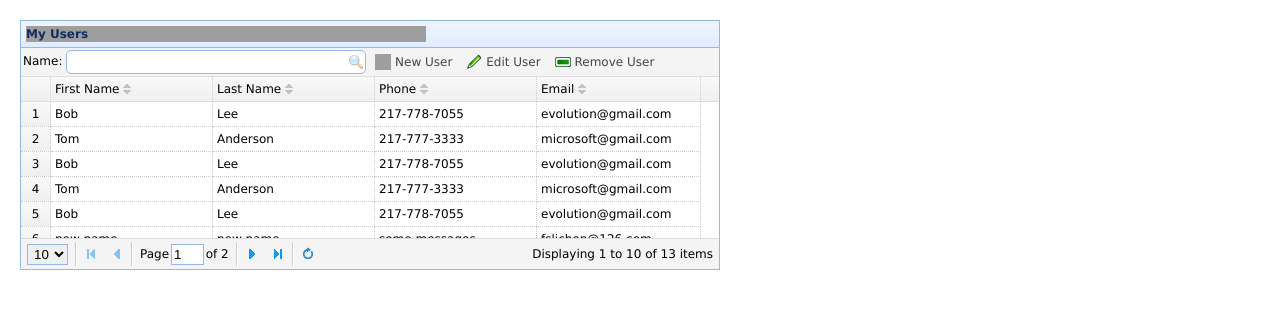
Repository: fslichen/EasyUI_Project_Management
Page: EasyUI_Project_Management/src/main/resources/static/evolution.html
These files come from the project's save history. The page is drawn as it stood at one moment and after the next save; the edit follows.
The browser window is 1280 px wide. The pictures show the whole page.
Pictures or frames that could not be fetched are drawn as grey boxes. The page's requests for data from a server got no answer.

Above is the page before, as saved 2017-06-25 14:28:26.

### EasyUI_Project_Management/src/main/resources/static/evolution.html
<!DOCTYPE html>
<html>
<head>
<meta charset="UTF-8">
<title>Basic CRUD Application - jQuery EasyUI CRUD Demo</title>
<link rel="stylesheet" type="text/css" href="themes/default/easyui.css">
<link rel="stylesheet" type="text/css" href="themes/icon.css">
<link rel="stylesheet" type="text/css" href="themes/color.css">
<link rel="stylesheet" type="text/css" href="demo/demo.css">
<script type="text/javascript" src="jquery.min.js"></script>
<script type="text/javascript" src="jquery.easyui.min.js"></script>
<script type="text/javascript">
function post(url, request) {
	$.ajax({
	    url: url,
	    type: 'POST',
	    data: JSON.stringify(request),
	    contentType: 'application/json; charset=utf-8',
	    dataType: 'json',
	    async: true,
	    success: function(response) {
	        alert(JSON.stringify(response));
	    }
	});
}

function getColumnIds(tableId) {
	var ths = $('#' + tableId + 'th');
	var columns = new Array();
	$('th').each(function(index) {
		columns.push($(this).attr('field'));
	});
	return columns;
}

function addRow(tableId, row) {
	$('#' + tableId).datagrid('appendRow', row);
}

$(document).ready(function() {
	var request = {name : 'Chen'};
	post('post', request);
	var columns = getColumnIds('dg');
	for (i in columns) {
		console.info(columns[i]);
	}
	for (var i = 0; i < 8; i++) {
		addRow('dg', {
			firstName: 'new name',
			lastName: 'new name',
			phone : 'some messages',
			email : 'fslichen@126.com'
		});
	}
});
</script>
</head>
<body>
	<div id="toolbar">
		Name: <input class="easyui-textbox" data-options="iconCls:'icon-search'" style="width:300px">
		<a href="javascript:void(0)" class="easyui-linkbutton" iconCls="icon-add" plain="true" onclick="newUser()">New User</a>
		<a href="javascript:void(0)" class="easyui-linkbutton" iconCls="icon-edit" plain="true" onclick="editUser()">Edit User</a>
		<a href="javascript:void(0)" class="easyui-linkbutton" iconCls="icon-remove" plain="true" onclick="destroyUser()">Remove User</a>
	</div>
	<table id="dg" title="My Users" class="easyui-datagrid" style="width:700px;height:250px"
			url="get"
			toolbar="#toolbar" pagination="true"
			rownumbers="true" fitColumns="true" singleSelect="true">
		<thead>
			<tr>
				<th field="firstName" width="50" sortable="true">First Name</th>
				<th field="lastName" width="50" sortable="true">Last Name</th>
				<th field="phone" width="50" sortable="true">Phone</th>
				<th field="email" width="50" sortable="true">Email</th>
			</tr>
		</thead>
		<tbody>
			<tr>
				<td>Bob</td>
				<td>Lee</td>
				<td>217-778-7055</td>
				<td>evolution@gmail.com</td>
			</tr>
			<tr>
				<td>Tom</td>
				<td>Anderson</td>
				<td>217-777-3333</td>
				<td>microsoft@gmail.com</td>
			</tr>
			<tr>
				<td>Bob</td>
				<td>Lee</td>
				<td>217-778-7055</td>
				<td>evolution@gmail.com</td>
			</tr>
			<tr>
				<td>Tom</td>
				<td>Anderson</td>
				<td>217-777-3333</td>
				<td>microsoft@gmail.com</td>
			</tr>
			<tr>
				<td>Bob</td>
				<td>Lee</td>
				<td>217-778-7055</td>
				<td>evolution@gmail.com</td>
			</tr>
		</tbody>
	</table>


	<div id="dlg" class="easyui-dialog" style="width:400px;height:280px;padding:10px 20px"
			closed="true" buttons="#dlg-buttons">
		<div class="ftitle">User Information</div>
		<form id="fm" method="post" novalidate>
			<div class="fitem">
				<label>First Name:</label>
				<input name="firstname" class="easyui-textbox" required="true">
			</div>
			<div class="fitem">
				<label>Last Name:</label>
				<input name="lastname" class="easyui-textbox" required="true">
			</div>
			<div class="fitem">
				<label>Phone:</label>
				<input name="phone" class="easyui-textbox">
			</div>
			<div class="fitem">
				<label>Email:</label>
				<input name="email" class="easyui-textbox" validType="email">
			</div>
		</form>
	</div>
	<div id="dlg-buttons">
		<a href="javascript:void(0)" class="easyui-linkbutton c6" iconCls="icon-ok" onclick="saveUser()" style="width:90px">Save</a>
		<a href="javascript:void(0)" class="easyui-linkbutton" iconCls="icon-cancel" onclick="javascript:$('#dlg').dialog('close')" style="width:90px">Cancel</a>
	</div>
	<script type="text/javascript">
		var url;
		function newUser(){
			$('#dlg').dialog('open').dialog('setTitle','New User');
			$('#fm').form('clear');
			url = 'save_user.php';
		}
		function editUser(){
			var row = $('#dg').datagrid('getSelected');
			if (row){
				$('#dlg').dialog('open').dialog('setTitle','Edit User');
				$('#fm').form('load',row);
				url = 'update_user.php?id='+row.id;
			}
		}
		function saveUser(){
			$('#fm').form('submit',{
				url: url,
				onSubmit: function(){
					return $(this).form('validate');
				},
				success: function(result){
					var result = eval('('+result+')');
					if (result.errorMsg){
						$.messager.show({
							title: 'Error',
							msg: result.errorMsg
						});
					} else {
						$('#dlg').dialog('close');		// close the dialog
						$('#dg').datagrid('reload');	// reload the user data
					}
				}
			});
		}
		function destroyUser(){
			var row = $('#dg').datagrid('getSelected');
			if (row){
				$.messager.confirm('Confirm','Are you sure you want to destroy this user?',function(r){
					if (r){
						$.post('destroy_user.php',{id:row.id},function(result){
							if (result.success){
								$('#dg').datagrid('reload');	// reload the user data
							} else {
								$.messager.show({	// show error message
									title: 'Error',
									msg: result.errorMsg
								});
							}
						},'json');
					}
				});
			}
		}
	</script>
	<style type="text/css">
		#fm{
			margin:0;
			padding:10px 30px;
		}
		.ftitle{
			font-size:14px;
			font-weight:bold;
			padding:5px 0;
			margin-bottom:10px;
			border-bottom:1px solid #ccc;
		}
		.fitem{
			margin-bottom:5px;
		}
		.fitem label{
			display:inline-block;
			width:80px;
		}
		.fitem input{
			width:160px;
		}
	</style>
</body>
</html>

### EasyUI_Project_Management/src/main/resources/static/themes/icon.css
.icon-blank{
	background:url('icons/blank.gif') no-repeat center center;
}
.icon-add{
	background:url('icons/edit_add.png') no-repeat center center;
}
.icon-edit{
	background:url('icons/pencil.png') no-repeat center center;
}
.icon-clear{
	background:url('icons/clear.png') no-repeat center center;
}
.icon-remove{
	background:url('icons/edit_remove.png') no-repeat center center;
}
.icon-save{
	background:url('icons/filesave.png') no-repeat center center;
}
.icon-cut{
	background:url('icons/cut.png') no-repeat center center;
}
.icon-ok{
	background:url('icons/ok.png') no-repeat center center;
}
.icon-no{
	background:url('icons/no.png') no-repeat center center;
}
.icon-cancel{
	background:url('icons/cancel.png') no-repeat center center;
}
.icon-reload{
	background:url('icons/reload.png') no-repeat center center;
}
.icon-search{
	background:url('icons/search.png') no-repeat center center;
}
.icon-print{
	background:url('icons/print.png') no-repeat center center;
}
.icon-help{
	background:url('icons/help.png') no-repeat center center;
}
.icon-undo{
	background:url('icons/undo.png') no-repeat center center;
}
.icon-redo{
	background:url('icons/redo.png') no-repeat center center;
}
.icon-back{
	background:url('icons/back.png') no-repeat center center;
}
.icon-sum{
	background:url('icons/sum.png') no-repeat center center;
}
.icon-tip{
	background:url('icons/tip.png') no-repeat center center;
}
.icon-filter{
	background:url('icons/filter.png') no-repeat center center;
}
.icon-man{
	background:url('icons/man.png') no-repeat center center;
}
.icon-lock{
	background:url('icons/lock.png') no-repeat center center;
}
.icon-more{
	background:url('icons/more.png') no-repeat center center;
}


.icon-mini-add{
	background:url('icons/mini_add.png') no-repeat center center;
}
.icon-mini-edit{
	background:url('icons/mini_edit.png') no-repeat center center;
}
.icon-mini-refresh{
	background:url('icons/mini_refresh.png') no-repeat center center;
}

.icon-large-picture{
	background:url('icons/large_picture.png') no-repeat center center;
}
.icon-large-clipart{
	background:url('icons/large_clipart.png') no-repeat center center;
}
.icon-large-shapes{
	background:url('icons/large_shapes.png') no-repeat center center;
}
.icon-large-smartart{
	background:url('icons/large_smartart.png') no-repeat center center;
}
.icon-large-chart{
	background:url('icons/large_chart.png') no-repeat center center;
}

### EasyUI_Project_Management/src/main/resources/static/themes/color.css
.c1,.c1:hover,.c1>.panel-header{
	color: #fff;
	border-color: #3c8b3c;
	background: #4cae4c;
	background: -webkit-linear-gradient(top,#4cae4c 0,#449d44 100%);
	background: -moz-linear-gradient(top,#4cae4c 0,#449d44 100%);
	background: -o-linear-gradient(top,#4cae4c 0,#449d44 100%);
	background: linear-gradient(to bottom,#4cae4c 0,#449d44 100%);
	filter: progid:DXImageTransform.Microsoft.gradient(startColorstr=#4cae4c,endColorstr=#449d44,GradientType=0);
}
a.c1:hover{
	background: #449d44;
	filter: none;
}
.c1>.panel-body{
	border-color: #3c8b3c;
}
.c1>.dialog-toolbar,.c1>.dialog-button{
	border-left-color: #3c8b3c;
	border-right-color: #3c8b3c;
}
.c1>.dialog-button{
	border-bottom-color: #3c8b3c;
}
.c2,.c2:hover,.c2>.panel-header{
	color: #fff;
	border-color: #5f5f5f;
	background: #747474;
	background: -webkit-linear-gradient(top,#747474 0,#676767 100%);
	background: -moz-linear-gradient(top,#747474 0,#676767 100%);
	background: -o-linear-gradient(top,#747474 0,#676767 100%);
	background: linear-gradient(to bottom,#747474 0,#676767 100%);
	filter: progid:DXImageTransform.Microsoft.gradient(startColorstr=#747474,endColorstr=#676767,GradientType=0);
}
a.c2:hover{
	background: #676767;
	filter: none;
}
.c2>.panel-body{
	border-color: #5f5f5f;
}
.c2>.dialog-toolbar,.c2>.dialog-button{
	border-left-color: #5f5f5f;
	border-right-color: #5f5f5f;
}
.c2>.dialog-button{
	border-bottom-color: #5f5f5f;
}
.c3,.c3:hover,.c3>.panel-header{
	color: #333;
	border-color: #ff8080;
	background: #ffb3b3;
	background: -webkit-linear-gradient(top,#ffb3b3 0,#ff9999 100%);
	background: -moz-linear-gradient(top,#ffb3b3 0,#ff9999 100%);
	background: -o-linear-gradient(top,#ffb3b3 0,#ff9999 100%);
	background: linear-gradient(to bottom,#ffb3b3 0,#ff9999 100%);
	filter: progid:DXImageTransform.Microsoft.gradient(startColorstr=#ffb3b3,endColorstr=#ff9999,GradientType=0);
}
a.c3:hover{
	background: #ff9999;
	filter: none;
}
.c3>.panel-body{
	border-color: #ff8080;
}
.c3>.dialog-toolbar,.c3>.dialog-button{
	border-left-color: #ff8080;
	border-right-color: #ff8080;
}
.c3>.dialog-button{
	border-bottom-color: #ff8080;
}
.c4,.c4:hover,.c4>.panel-header{
	color: #333;
	border-color: #52d689;
	background: #b8eecf;
	background: -webkit-linear-gradient(top,#b8eecf 0,#a4e9c1 100%);
	background: -moz-linear-gradient(top,#b8eecf 0,#a4e9c1 100%);
	background: -o-linear-gradient(top,#b8eecf 0,#a4e9c1 100%);
	background: linear-gradient(to bottom,#b8eecf 0,#a4e9c1 100%);
	filter: progid:DXImageTransform.Microsoft.gradient(startColorstr=#b8eecf,endColorstr=#a4e9c1,GradientType=0);
}
a.c4:hover{
	background: #a4e9c1;
	filter: none;
}
.c4>.panel-body{
	border-color: #52d689;
}
.c4>.dialog-toolbar,.c4>.dialog-button{
	border-left-color: #52d689;
	border-right-color: #52d689;
}
.c4>.dialog-button{
	border-bottom-color: #52d689;
}
.c5,.c5:hover,.c5>.panel-header{
	color: #fff;
	border-color: #b52b27;
	background: #d84f4b;
	background: -webkit-linear-gradient(top,#d84f4b 0,#c9302c 100%);
	background: -moz-linear-gradient(top,#d84f4b 0,#c9302c 100%);
	background: -o-linear-gradient(top,#d84f4b 0,#c9302c 100%);
	background: linear-gradient(to bottom,#d84f4b 0,#c9302c 100%);
	filter: progid:DXImageTransform.Microsoft.gradient(startColorstr=#d84f4b,endColorstr=#c9302c,GradientType=0);
}
a.c5:hover{
	background: #c9302c;
	filter: none;
}
.c5>.panel-body{
	border-color: #b52b27;
}
.c5>.dialog-toolbar,.c5>.dialog-button{
	border-left-color: #b52b27;
	border-right-color: #b52b27;
}
.c5>.dialog-button{
	border-bottom-color: #b52b27;
}
.c6,.c6:hover,.c6>.panel-header{
	color: #fff;
	border-color: #1f637b;
	background: #2984a4;
	background: -webkit-linear-gradient(top,#2984a4 0,#24748f 100%);
	background: -moz-linear-gradient(top,#2984a4 0,#24748f 100%);
	background: -o-linear-gradient(top,#2984a4 0,#24748f 100%);
	background: linear-gradient(to bottom,#2984a4 0,#24748f 100%);
	filter: progid:DXImageTransform.Microsoft.gradient(startColorstr=#2984a4,endColorstr=#24748f,GradientType=0);
}
a.c6:hover{
	background: #24748f;
	filter: none;
}
.c6>.panel-body{
	border-color: #1f637b;
}
.c6>.dialog-toolbar,.c6>.dialog-button{
	border-left-color: #1f637b;
	border-right-color: #1f637b;
}
.c6>.dialog-button{
	border-bottom-color: #1f637b;
}
.c7,.c7:hover,.c7>.panel-header{
	color: #333;
	border-color: #e68900;
	background: #ffab2e;
	background: -webkit-linear-gradient(top,#ffab2e 0,#ff9900 100%);
	background: -moz-linear-gradient(top,#ffab2e 0,#ff9900 100%);
	background: -o-linear-gradient(top,#ffab2e 0,#ff9900 100%);
	background: linear-gradient(to bottom,#ffab2e 0,#ff9900 100%);
	filter: progid:DXImageTransform.Microsoft.gradient(startColorstr=#ffab2e,endColorstr=#ff9900,GradientType=0);
}
a.c7:hover{
	background: #ff9900;
	filter: none;
}
.c7>.panel-body{
	border-color: #e68900;
}
.c7>.dialog-toolbar,.c7>.dialog-button{
	border-left-color: #e68900;
	border-right-color: #e68900;
}
.c7>.dialog-button{
	border-bottom-color: #e68900;
}
.c8,.c8:hover,.c8>.panel-header{
	color: #fff;
	border-color: #4b72a4;
	background: #698cba;
	background: -webkit-linear-gradient(top,#698cba 0,#577eb2 100%);
	background: -moz-linear-gradient(top,#698cba 0,#577eb2 100%);
	background: -o-linear-gradient(top,#698cba 0,#577eb2 100%);
	background: linear-gradient(to bottom,#698cba 0,#577eb2 100%);
	filter: progid:DXImageTransform.Microsoft.gradient(startColorstr=#698cba,endColorstr=#577eb2,GradientType=0);
}
a.c8:hover{
	background: #577eb2;
	filter: none;
}
.c8>.panel-body{
	border-color: #4b72a4;
}
.c8>.dialog-toolbar,.c8>.dialog-button{
	border-left-color: #4b72a4;
	border-right-color: #4b72a4;
}
.c8>.dialog-button{
	border-bottom-color: #4b72a4;
}
.c1>.panel-header>.panel-title,.c2>.panel-header>.panel-title,
.c5>.panel-header>.panel-title,.c6>.panel-header>.panel-title,.c8>.panel-header>.panel-title{
	color: #fff;
}
.c-plain{
	border-color: #fff;
	background: #fff;
}
.c-plain>.panel-header,
.c-plain>.panel-body,
.c-plain>.dialog-button,
.c-plain>.dialog-toolbar{
	border-color: transparent;
	background: transparent;
}
.c-raised{
	box-shadow: 0 2px 5px 0 rgba(0, 0, 0, 0.16), 0 2px 10px 0 rgba(0, 0, 0, 0.12);
}

Loaded but not shown: EasyUI_Project_Management/src/main/resources/static/demo/demo.css (common file); EasyUI_Project_Management/src/main/resources/static/jquery.min.js (library); EasyUI_Project_Management/src/main/resources/static/jquery.easyui.min.js (library); EasyUI_Project_Management/src/main/resources/static/themes/default/easyui.css (3220 lines, source omitted)

After the next save:
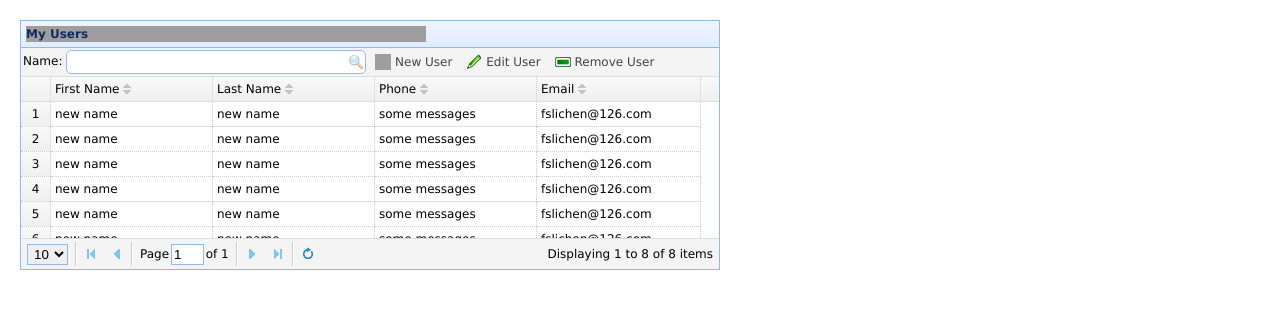
Saved 77 s later.
--- a/EasyUI_Project_Management/src/main/resources/static/evolution.html
+++ b/EasyUI_Project_Management/src/main/resources/static/evolution.html
@@ -75,36 +75,7 @@
 			</tr>
 		</thead>
 		<tbody>
-			<tr>
-				<td>Bob</td>
-				<td>Lee</td>
-				<td>217-778-7055</td>
-				<td>evolution@gmail.com</td>
-			</tr>
-			<tr>
-				<td>Tom</td>
-				<td>Anderson</td>
-				<td>217-777-3333</td>
-				<td>microsoft@gmail.com</td>
-			</tr>
-			<tr>
-				<td>Bob</td>
-				<td>Lee</td>
-				<td>217-778-7055</td>
-				<td>evolution@gmail.com</td>
-			</tr>
-			<tr>
-				<td>Tom</td>
-				<td>Anderson</td>
-				<td>217-777-3333</td>
-				<td>microsoft@gmail.com</td>
-			</tr>
-			<tr>
-				<td>Bob</td>
-				<td>Lee</td>
-				<td>217-778-7055</td>
-				<td>evolution@gmail.com</td>
-			</tr>
+
 		</tbody>
 	</table>
 

After the save that followed:
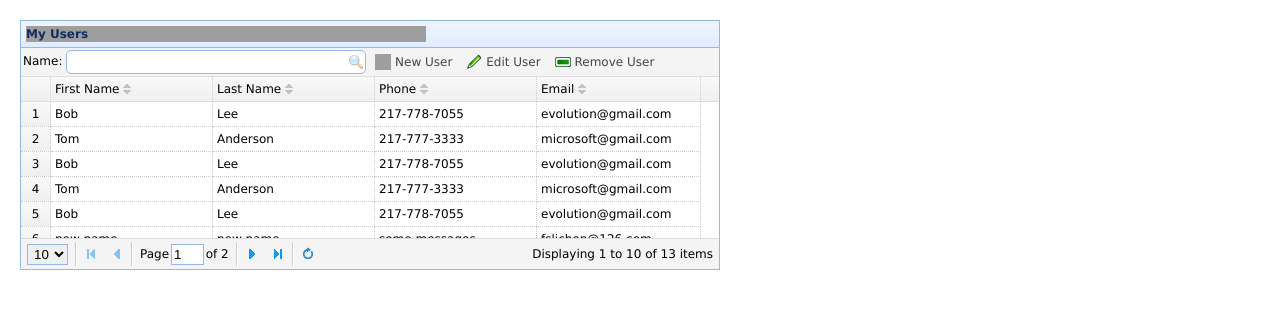
Saved 12 s later.
--- a/EasyUI_Project_Management/src/main/resources/static/evolution.html
+++ b/EasyUI_Project_Management/src/main/resources/static/evolution.html
@@ -10,17 +10,25 @@
 <script type="text/javascript" src="jquery.min.js"></script>
 <script type="text/javascript" src="jquery.easyui.min.js"></script>
 <script type="text/javascript">
-function post(url, request) {
+function post(url, request, callBack) {
 	$.ajax({
-	    url: url,
-	    type: 'POST',
-	    data: JSON.stringify(request),
-	    contentType: 'application/json; charset=utf-8',
-	    dataType: 'json',
-	    async: true,
-	    success: function(response) {
-	        alert(JSON.stringify(response));
+	    url : url,
+	    type : 'POST',
+	    data : JSON.stringify(request),
+	    contentType : 'application/json; charset=utf-8',
+	    dataType : 'json',
+	    async : true,
+	    success : function(response) {
+	    	callBack.call(response);// Call passes the argument to this object in the call back function.
 	    }
+	});
+}
+
+function get(url, request, tableId) {
+	post(url, request, function() {
+		for (var i = 0; i < this.length; i++) {
+			addRow(tableId, this[i]);
+		}
 	});
 }
 
@@ -39,15 +47,18 @@
 
 $(document).ready(function() {
 	var request = {name : 'Chen'};
-	post('post', request);
+	post('get', request, function() {
+		alert(JSON.stringify(this));
+	});
+	get('get', request, 'dg');
 	var columns = getColumnIds('dg');
 	for (i in columns) {
 		console.info(columns[i]);
 	}
 	for (var i = 0; i < 8; i++) {
 		addRow('dg', {
-			firstName: 'new name',
-			lastName: 'new name',
+			firstName : 'new name',
+			lastName : 'new name',
 			phone : 'some messages',
 			email : 'fslichen@126.com'
 		});
@@ -62,8 +73,8 @@
 		<a href="javascript:void(0)" class="easyui-linkbutton" iconCls="icon-edit" plain="true" onclick="editUser()">Edit User</a>
 		<a href="javascript:void(0)" class="easyui-linkbutton" iconCls="icon-remove" plain="true" onclick="destroyUser()">Remove User</a>
 	</div>
+	<!-- When url="get" is added as an attribute, easy-ui get fetch the data automatically. -->
 	<table id="dg" title="My Users" class="easyui-datagrid" style="width:700px;height:250px"
-			url="get"
 			toolbar="#toolbar" pagination="true"
 			rownumbers="true" fitColumns="true" singleSelect="true">
 		<thead>
@@ -75,7 +86,36 @@
 			</tr>
 		</thead>
 		<tbody>
-
+			<tr>
+				<td>Bob</td>
+				<td>Lee</td>
+				<td>217-778-7055</td>
+				<td>evolution@gmail.com</td>
+			</tr>
+			<tr>
+				<td>Tom</td>
+				<td>Anderson</td>
+				<td>217-777-3333</td>
+				<td>microsoft@gmail.com</td>
+			</tr>
+			<tr>
+				<td>Bob</td>
+				<td>Lee</td>
+				<td>217-778-7055</td>
+				<td>evolution@gmail.com</td>
+			</tr>
+			<tr>
+				<td>Tom</td>
+				<td>Anderson</td>
+				<td>217-777-3333</td>
+				<td>microsoft@gmail.com</td>
+			</tr>
+			<tr>
+				<td>Bob</td>
+				<td>Lee</td>
+				<td>217-778-7055</td>
+				<td>evolution@gmail.com</td>
+			</tr>
 		</tbody>
 	</table>
 
